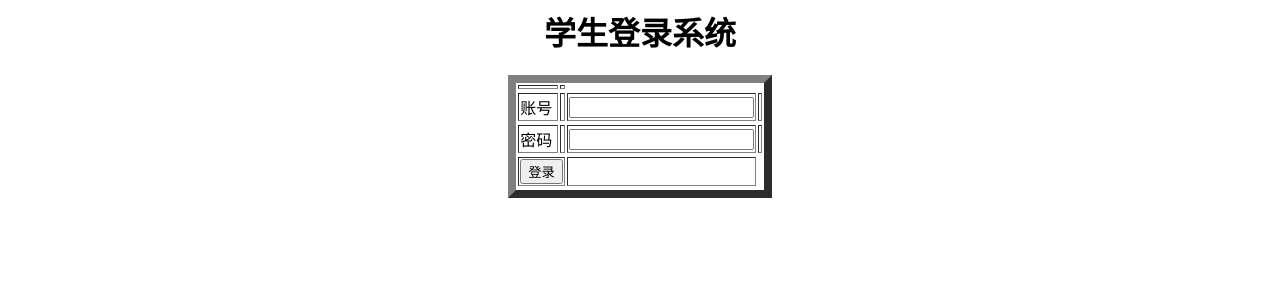
Repository: qq847261175/JavaWeb
Page: http://localhost/Student_Manager_Systerm/
These files come from the project's save history. The page is drawn as it stood at one moment and after the next save; the edit follows.
The browser window is 1280 px wide. The pictures show the whole page.
The page is served by Tomcat 9.

Above is the page before, as saved 2016-10-30 07:08:42.

After the next save:
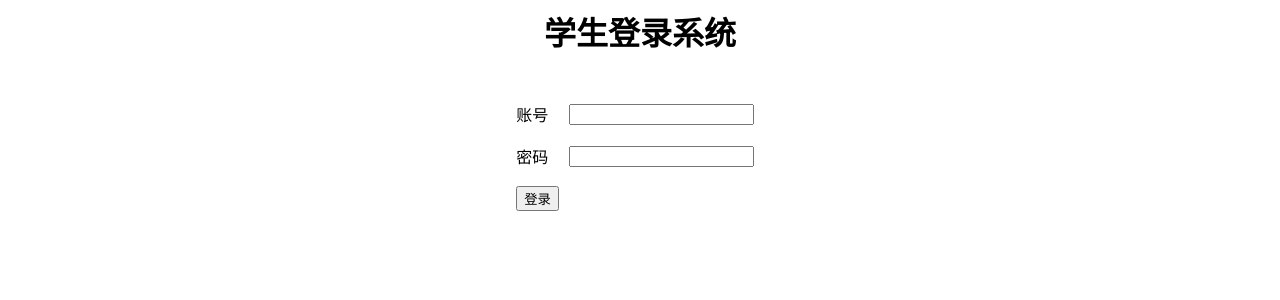
Saved 3 min 13 s later.
--- a/Student_Manager_Systerm/WebRoot/index.jsp
+++ b/Student_Manager_Systerm/WebRoot/index.jsp
@@ -9,7 +9,7 @@
   <div align="center">
     <h1>学生登录系统</h1>
   <form action="/Student_Manager_Systerm/LoginServlet" method="post">
-    <table border="8">
+    <table cellspacing="8">
     <tr>
     <td>
      ${msg}
